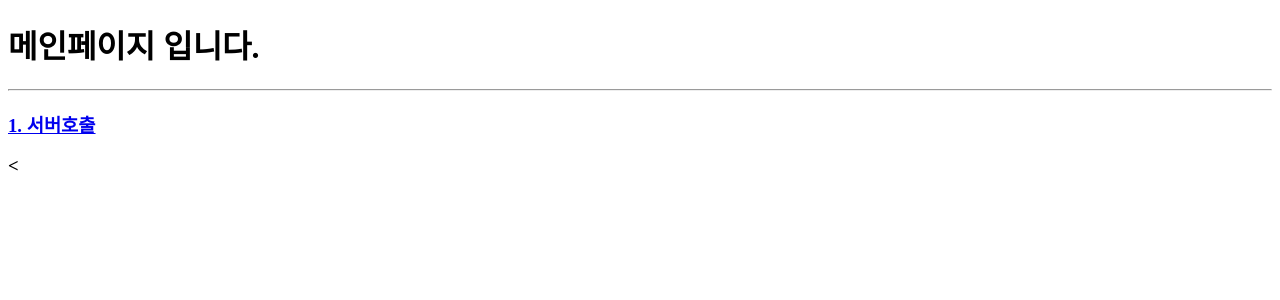
Repository: ParkHyeonju12/servlet
Page: web-workspace/02_noDbProject/src/main/webapp/index.html
An editor plug-in stored every save of this project. The page is shown before and after the next save, followed by the edit.
The browser window is 1280 px wide. The pictures show the whole page.

Above is the page before, as saved 2022-08-29 06:12:01.

After the next save:
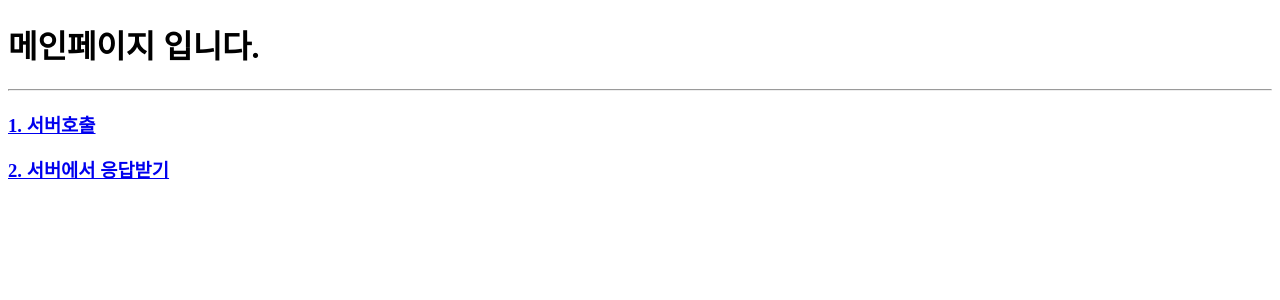
Saved 18 s later.
--- a/web-workspace/02_noDbProject/src/main/webapp/index.html
+++ b/web-workspace/02_noDbProject/src/main/webapp/index.html
@@ -8,6 +8,6 @@
 	<h1>메인페이지 입니다.</h1>
 	<hr>
 	<h3><a href="/requestServer.do">1. 서버호출</a></h3>
-	<h3><</h3>
+	<h3><a href="/responseTest.do">2. 서버에서 응답받기</a></h3>
 </body>
 </html>
